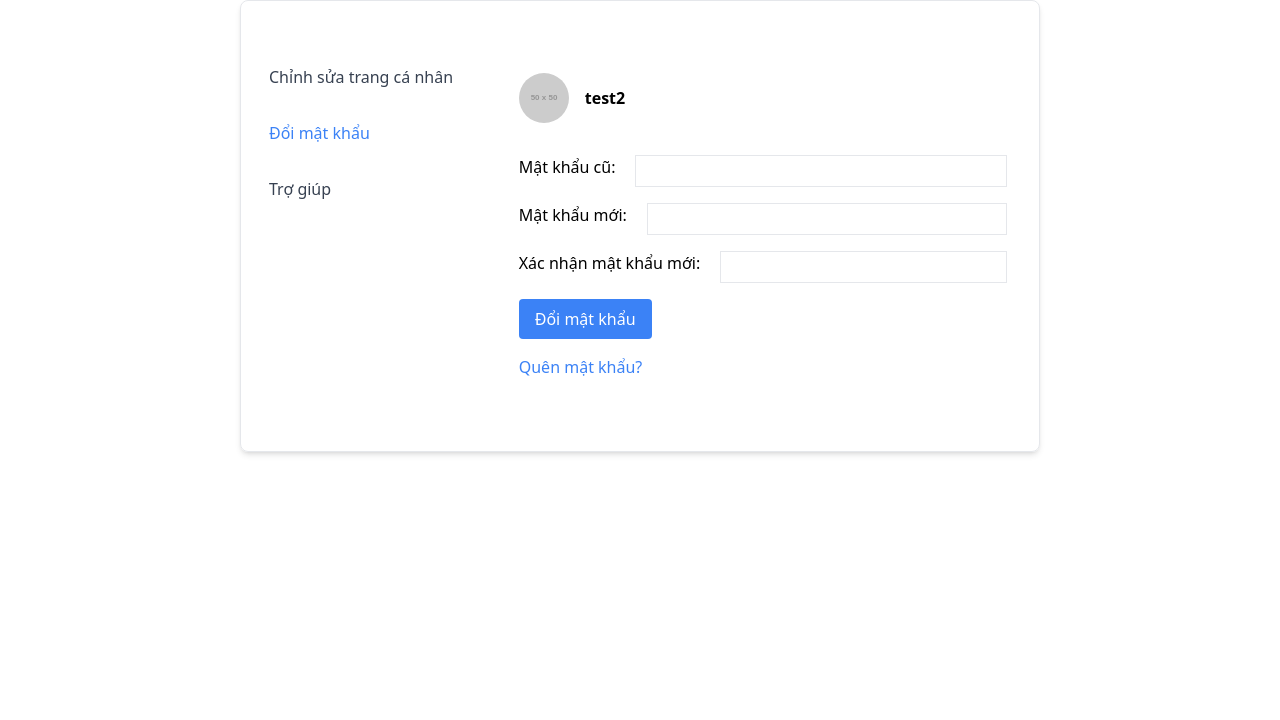
Repository: DangNgocDuong250903/2425_CS445AC_NHOM1
Page: /changepassword (app in social_fe/)
An editor plug-in stored every save of this project. The page is shown before and after the next save, followed by the edit.
The browser window is 1280 px wide. The pictures show the whole page.
The project was rebuilt for these pictures with package versions that can differ from the ones it lists, and the page was loaded fresh each time. Also part of the build but not shown: social_fe/vite.config.js, social_fe/src/components/Button/index.jsx, social_fe/src/assets/index.js, social_fe/src/components/FriendCard/index.jsx, social_fe/src/components/Loading/index.jsx, social_fe/src/components/PostCard/index.jsx, social_fe/src/components/ProfileCard/index.jsx, social_fe/src/components/TextInput/index.jsx and 9 more.

Above is the page before, as saved 2024-11-05 16:54:34.

After the next save:
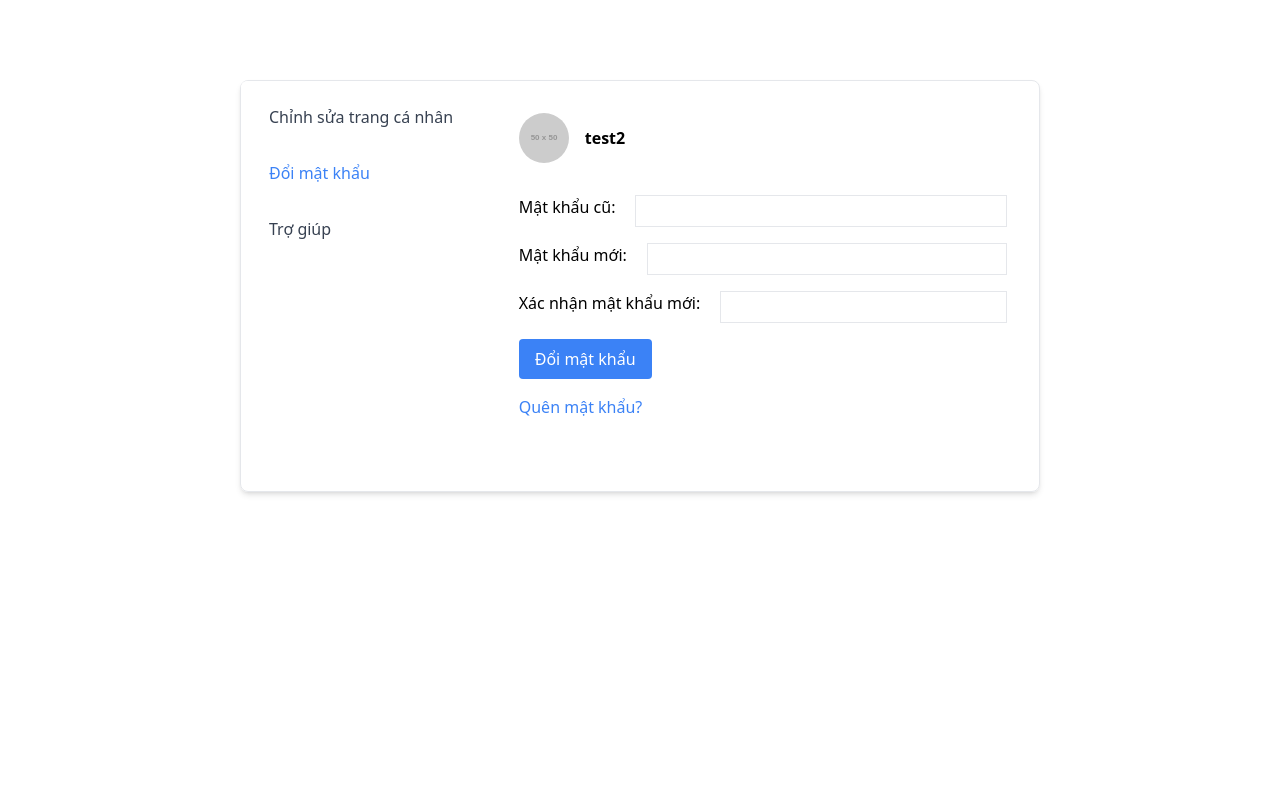
Saved 18 s later.
--- a/social_fe/src/pages/ProfilePage/ChangePassword.jsx
+++ b/social_fe/src/pages/ProfilePage/ChangePassword.jsx
@@ -8,7 +8,7 @@ const ChangePassword = () => {
         setSelectedLink(linkIndex);
     };
     return (
-        <div className="flex w-[800px] mx-auto pt-10 pb-10 border border-gray-200 shadow-md rounded-lg">
+        <div className="flex w-[800px] mx-auto mt-20 pb-10 border border-gray-200 shadow-md rounded-lg">
             <div className="w-1/3 p-4 bg-white rounded-md ">
                 <ul className="flex flex-col ">
 
